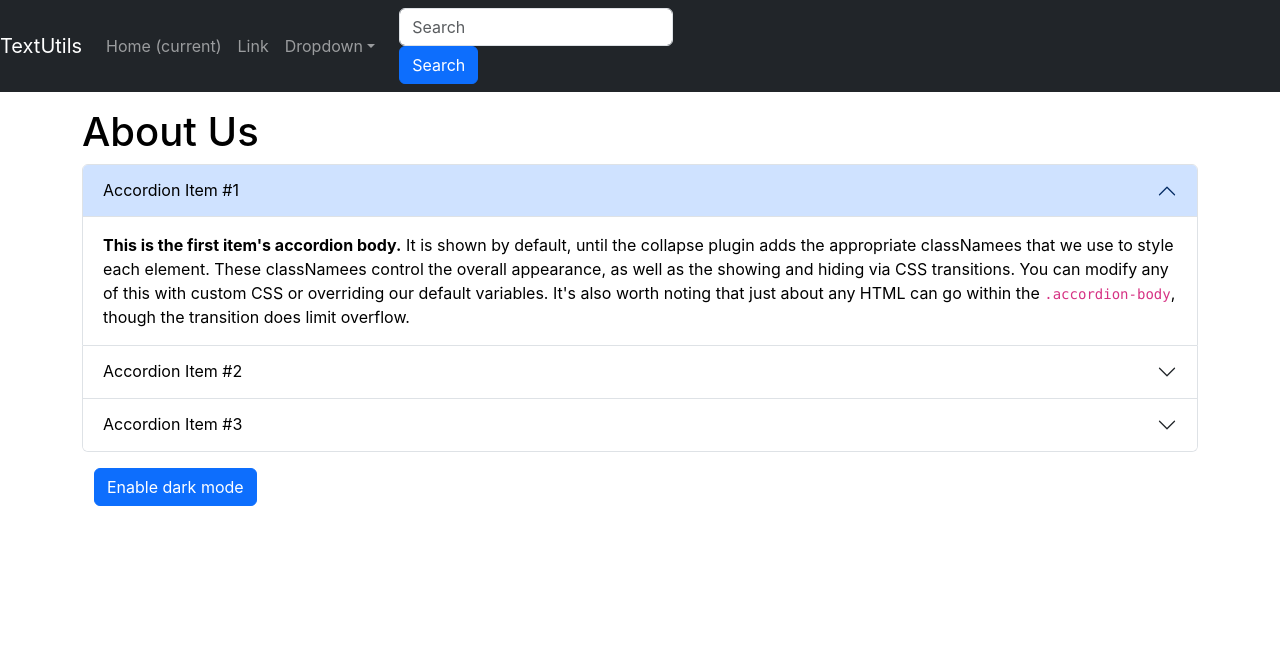
Repository: Aastha1035/React.navbar
Page: /
The author's editor kept a copy of each file at every save. The page is drawn from the files as they stood at one save, then again after a run of saves.
The browser window is 1280 px wide. The pictures show the whole page.
The project was rebuilt for these pictures with package versions that can differ from the ones it lists, and the page was loaded fresh each time. Also part of the build but not shown: src/App.css.

Above is the page before, as saved 2024-07-17 17:59:55.

After the next 2 saves:
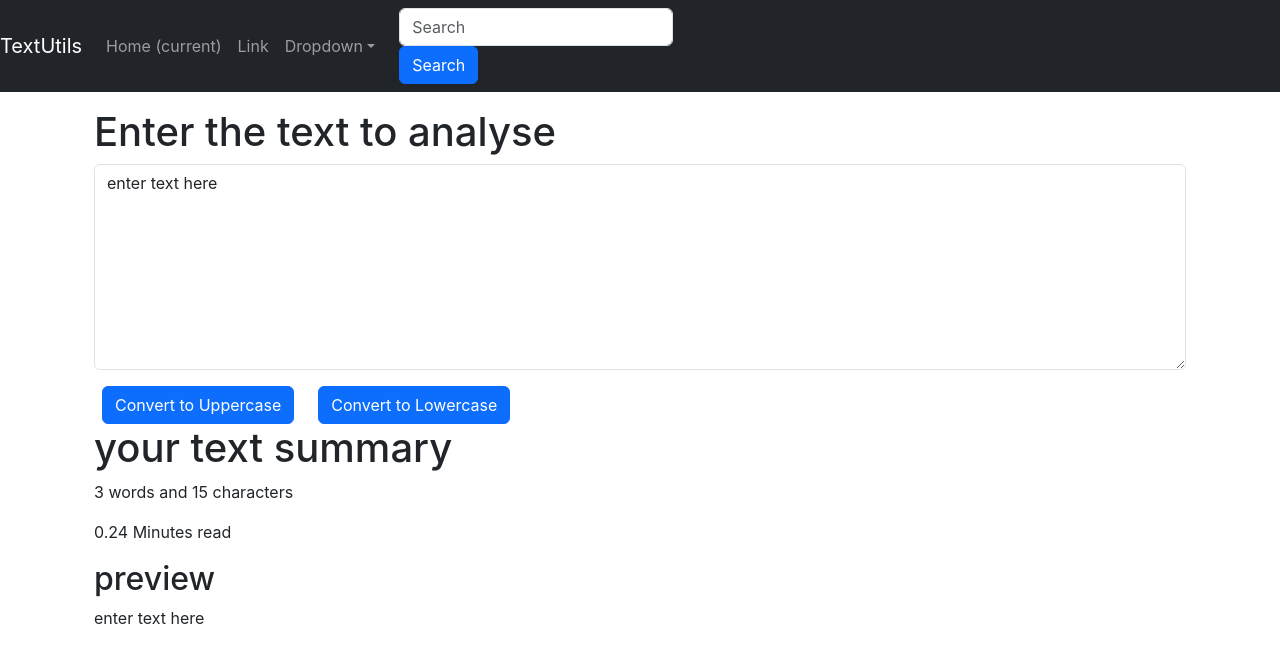
The 2 saves are shown as one change because 1 did not build or start.
The last was saved 2 h 47 min later.
--- a/src/App.js
+++ b/src/App.js
@@ -2,15 +2,15 @@
 import './App.css';
 import About from './components/About';
 import Navbar from './components/Navbar';
-//import Textform from './components/Textform';
+import Textform from './components/Textform';
 
 function App() {
   return (
     <>
    < Navbar title="TextUtils"/>
    <div className="container my-3">
-   {/*<Textform heading="Enter the text to analyse"/>*/}
-   <About/>
+   <Textform heading="Enter the text to analyse"/>
+   {/*<About/>*/}
    </div>
 
   </>
